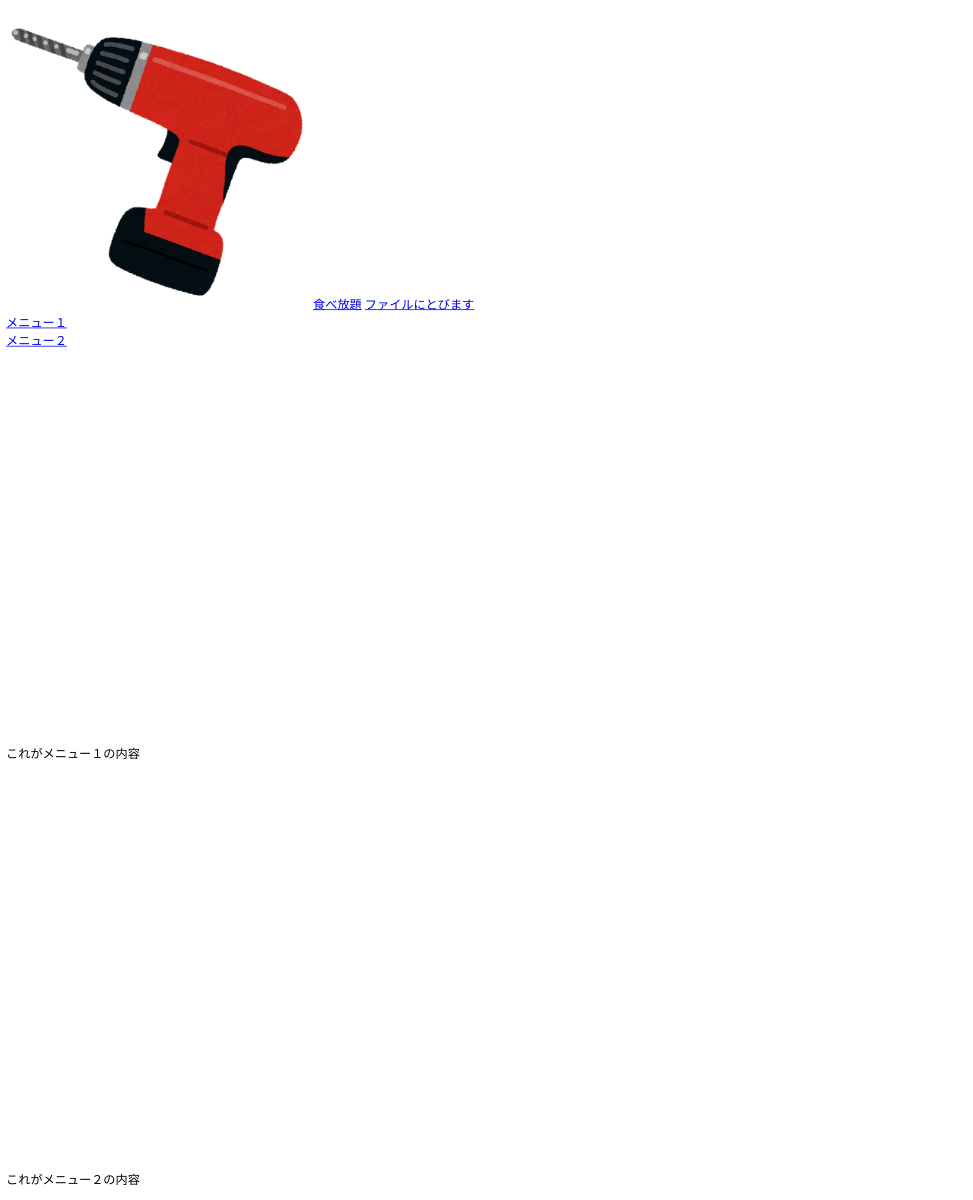
Repository: Jutta197/frontend726
Page: link.html
An editor plug-in stored every save of this project. The page is shown before and after the next save, followed by the edit.
The browser window is 1280 px wide. The pictures show the whole page, at 76% of full size.

Above is the page before, as saved 2023-07-27 13:11:40.

### link.html
<!DOCTYPE html>
<html lang="en">

<head>
    <meta charset="UTF-8">
    <meta name="viewport" content="width=device-width, initial-scale=1.0">
    <title>Document</title>
</head>

<body>
    <img src="kouji_dendou_drill.png" alt="drill">
    <a href="https://rtrp.jp/locations/335/categories/263/" target="_blank">食べ放題</a>
    <a href="index.html">ファイルにとびます</a>
    <div>
        <a href="#menu1">メニュー１</a><br>
        <a href="#menu2">メニュー２</a>
    </div>
    <br><br><br><br><br><br><br><br><br><br><br><br><br><br><br><br><br><br><br><br><br><br><br><br><br><br><br><br>
    <div>
        <p id="menu1">これがメニュー１の内容</p>
    </div>
    <br><br><br><br><br><br><br><br><br><br><br><br><br><br><br><br><br><br><br><br><br><br><br><br><br><br><br><br>
    <div>
        <p id="menu2">これがメニュー２の内容</p>
    </div>
</body>

</html>

After the next save:
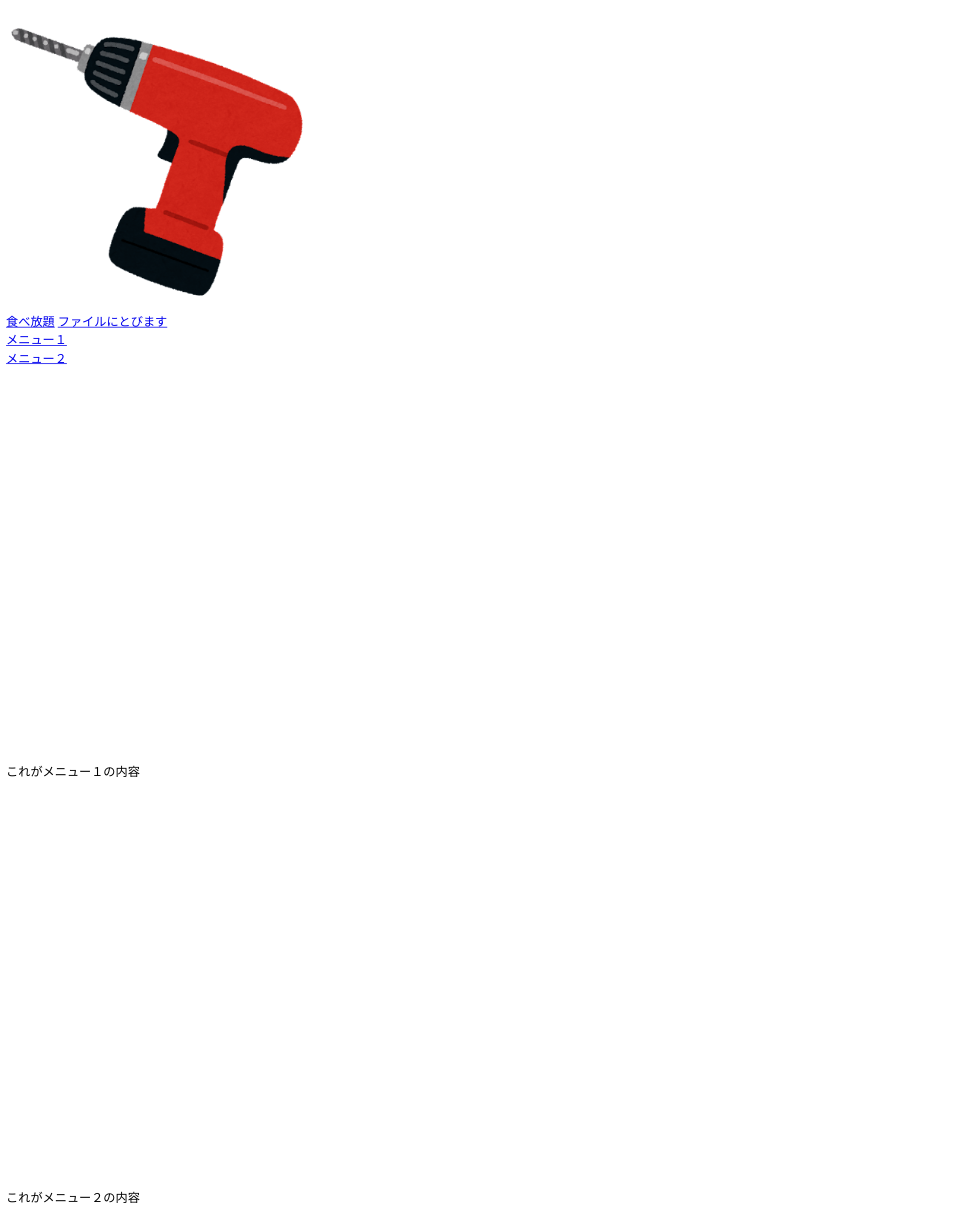
Saved 26 s later.
--- a/link.html
+++ b/link.html
@@ -9,8 +9,10 @@
 
 <body>
     <img src="kouji_dendou_drill.png" alt="drill">
-    <a href="https://rtrp.jp/locations/335/categories/263/" target="_blank">食べ放題</a>
-    <a href="index.html">ファイルにとびます</a>
+    <div>
+        <a href="https://rtrp.jp/locations/335/categories/263/" target="_blank">食べ放題</a>
+        <a href="index.html">ファイルにとびます</a>
+    </div>
     <div>
         <a href="#menu1">メニュー１</a><br>
         <a href="#menu2">メニュー２</a>
